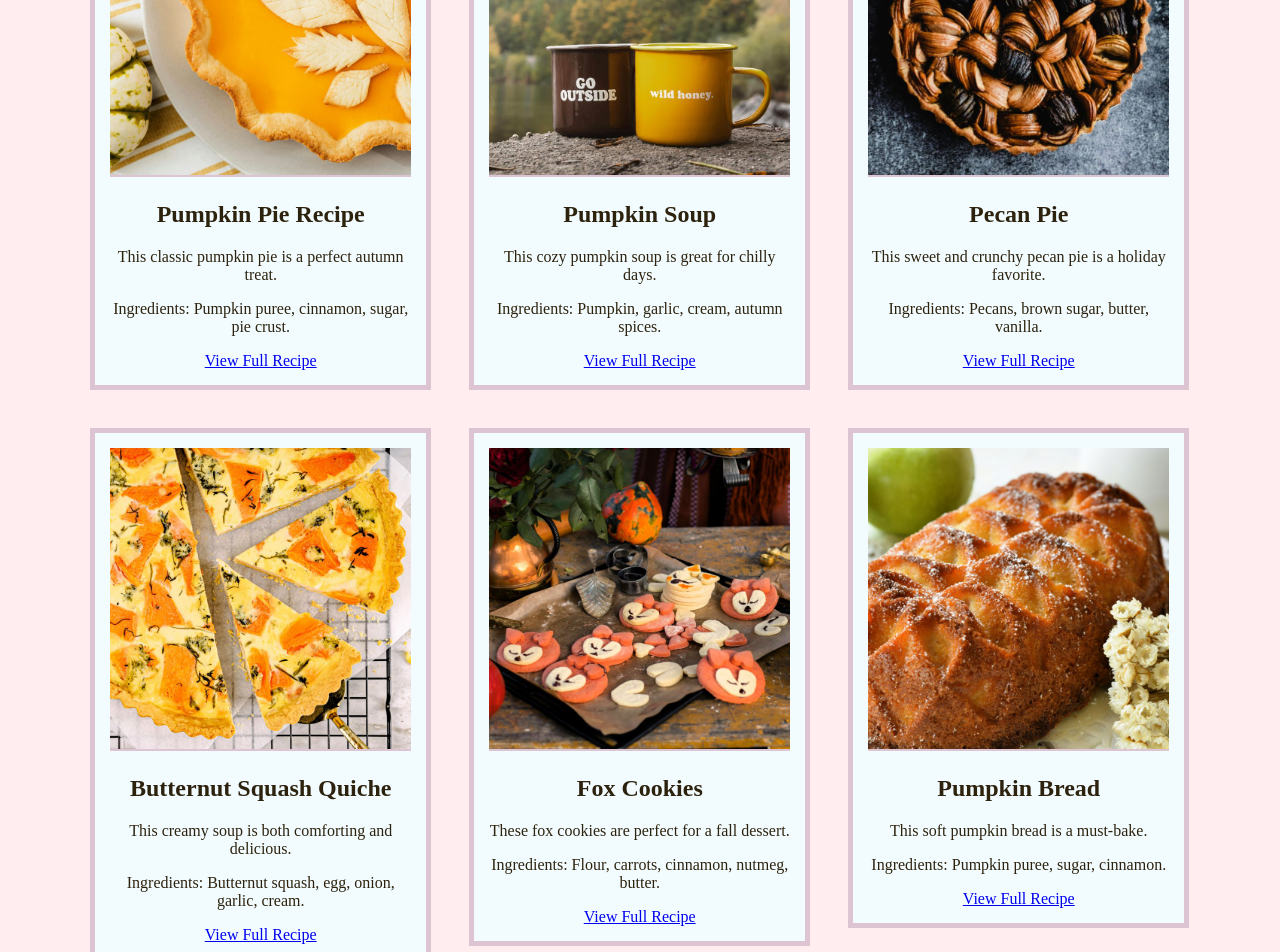
Repository: Brittany-Westlund/MART341-WebDesign
Page: WebDesignHomework/Assignment8/recipes.html
An editor plug-in stored every save of this project. The page is shown before and after the next save, followed by the edit.
The browser window is 1280 px wide. The pictures show the part of the page from y = 1330 to 2282 px (the page is 3050 px tall before and 3570 px after).

Above is the page before, as saved 2024-10-13 13:20:04.

### WebDesignHomework/Assignment8/recipes.html
<!DOCTYPE html>
<html lang="en">
<head>
    <meta charset="UTF-8">
    <meta name="viewport" content="width=device-width, initial-scale=1.0">
    <title>Autumn Orchard</title>

    <style>
        body {
            background-color: rgb(255, 237, 239);
        }
        h1, h3 {
            color: rgb(128, 0, 73);
            text-align: center;
        }
        h2, p {
            color: rgb(45, 34, 13);
            text-align: center;
        }
        .recipe-section {
            width: 90%;
            margin: 0 auto;
            padding: 20px;
        }
        .recipe {
            width: 30%;
            float: left;
            margin: 1.66%; /* Spacing between the recipes */
            border: 5px solid rgb(221, 196, 210);
            padding: 15px;
            background-color: #f2fcff;
            box-sizing: border-box;
            text-align: center; /* Center text and images in the recipe div */
        }
        .recipe img {
            width: 100%; /* Make images full width of container */
            height: auto;
            border-bottom: 2px solid rgb(221, 196, 210); /* Add border to separate image */
        }
        .clear {
            clear: both;
        }
    </style>

</head>
<body>

<!-- Navigation Links -->
    <a style="float: right; padding: 10px" href="index.html">HOME</a>
    <a style="float: right; padding: 10px" href="activities.html">ACTIVITIES</a>
    <a style="float: right; padding: 10px" href="recipes.html">RECIPES</a>

    <h1 style="text-align: left;">Cozy Harvest</h1>

<!-- Hero image -->
    <img src="images/autumn-slices-pie-optimized.jpg" style="width: 100%;" alt="Autumn Pie">


<!-- Audio element -->
    <h3>Relax and Listen While You Cook</h3>
    <div style="text-align: center;">
        <audio controls>
            <source src="audio/floating-piano-melodies.mp3" type="audio/mpeg">
            Your browser does not support the audio element.
        </audio>
        <!-- Audio attribution -->
        <p style="font-size: 10px;">Audio: Floating Piano Melodies by <a href="https://freesound.org/s/723971/" target="_blank">UNIVERSFIELD</a> — Licensed under <a href="https://creativecommons.org/licenses/by/4.0/" target="_blank">CC Attribution 4.0</a></p>
    </div>


<!-- Recipe section -->
    <h1>Recipes</h1>
    <div class="recipe-section">
        <div class="recipe">
            <img src="images/pumpkin-pie-leaves.jpg" alt="Pumpkin Pie">
            <h2>Pumpkin Pie Recipe</h2>
            <p>This <span class="special-note">classic pumpkin pie</span> is a perfect autumn treat.</p>
            <p>Ingredients: Pumpkin puree, cinnamon, sugar, pie crust.</p>
            <a href="https://www.williams-sonoma.com/recipe/pumpkin-pie.html" target="_blank">View Full Recipe</a>
        </div>

        <div class="recipe">
            <img src="images/autumn-coffee-mugs-square.jpg" alt="Pumpkin Soup">
            <h2>Pumpkin Soup</h2>
            <p>This <span class="special-note">cozy pumpkin soup</span> is great for chilly days.</p>
            <p>Ingredients: Pumpkin, garlic, cream, autumn spices.</p>
            <a href="https://www.tasteofhome.com/recipes/pumpkin-soup/" target="_blank">View Full Recipe</a>
        </div>

        <div class="recipe">
            <img src="images/autumn-slices-pie-square.jpg" alt="Pecan Pie">
            <h2>Pecan Pie</h2>
            <p>This <span class="special-note">sweet and crunchy pecan pie</span> is a holiday favorite.</p>
            <p>Ingredients: Pecans, brown sugar, butter, vanilla.</p>
            <a href="https://sugarspunrun.com/pecan-pie-recipe/" target="_blank">View Full Recipe</a>
        </div>

        <div class="recipe">
            <img src="images/autumn-quiche-square.jpg" alt="Butternut Squash Quiche">
            <h2>Butternut Squash Quiche</h2>
            <p>This <span class="special-note">creamy soup</span> is both comforting and delicious.</p>
            <p>Ingredients: Butternut squash, egg, onion, garlic, cream.</p>
            <a href="https://www.shekeepsalovelyhome.com/butternut-squash-quiche/" target="_blank">View Full Recipe</a>
        </div>

        <div class="recipe">
            <img src="images/fox-cookies-square.jpg" alt="Fox Cookies">
            <h2>Fox Cookies</h2>
            <p>These <span class="special-note">fox cookies</span> are perfect for a fall dessert.</p>
            <p>Ingredients: Flour, carrots, cinnamon, nutmeg, butter.</p>
            <a href="https://thebearfootbaker.com/fun-little-fox-cookies/" target="_blank">View Full Recipe</a>
        </div>

        <div class="recipe">
            <img src="images/autumn-bundt-cake-square.jpg" alt="Pumpkin Bread">
            <h2>Pumpkin Bread</h2>
            <p>This <span class="special-note">soft pumpkin bread</span> is a must-bake.</p>
            <p>Ingredients: Pumpkin puree, sugar, cinnamon.</p>
            <a href="https://letsdishrecipes.com/autumn-spice-bundt-cake/" target="_blank">View Full Recipe</a>
        </div>


        <div class="clear"></div> <!-- Clears the float after the rows -->
    </div>


<!-- Cooking Timer iframe -->
    <h3>Set a Cooking Timer</h3>
    <div style="width: 100%; text-align: center;">
        <iframe src="https://123timer.com/" width="50%" height="600"></iframe>
    </div>


<!-- Escape character example -->
    <p>&copy; 2024 Autumn Orchard • Enjoy Your Harvest</p>

</body>
</html>

After the next save:
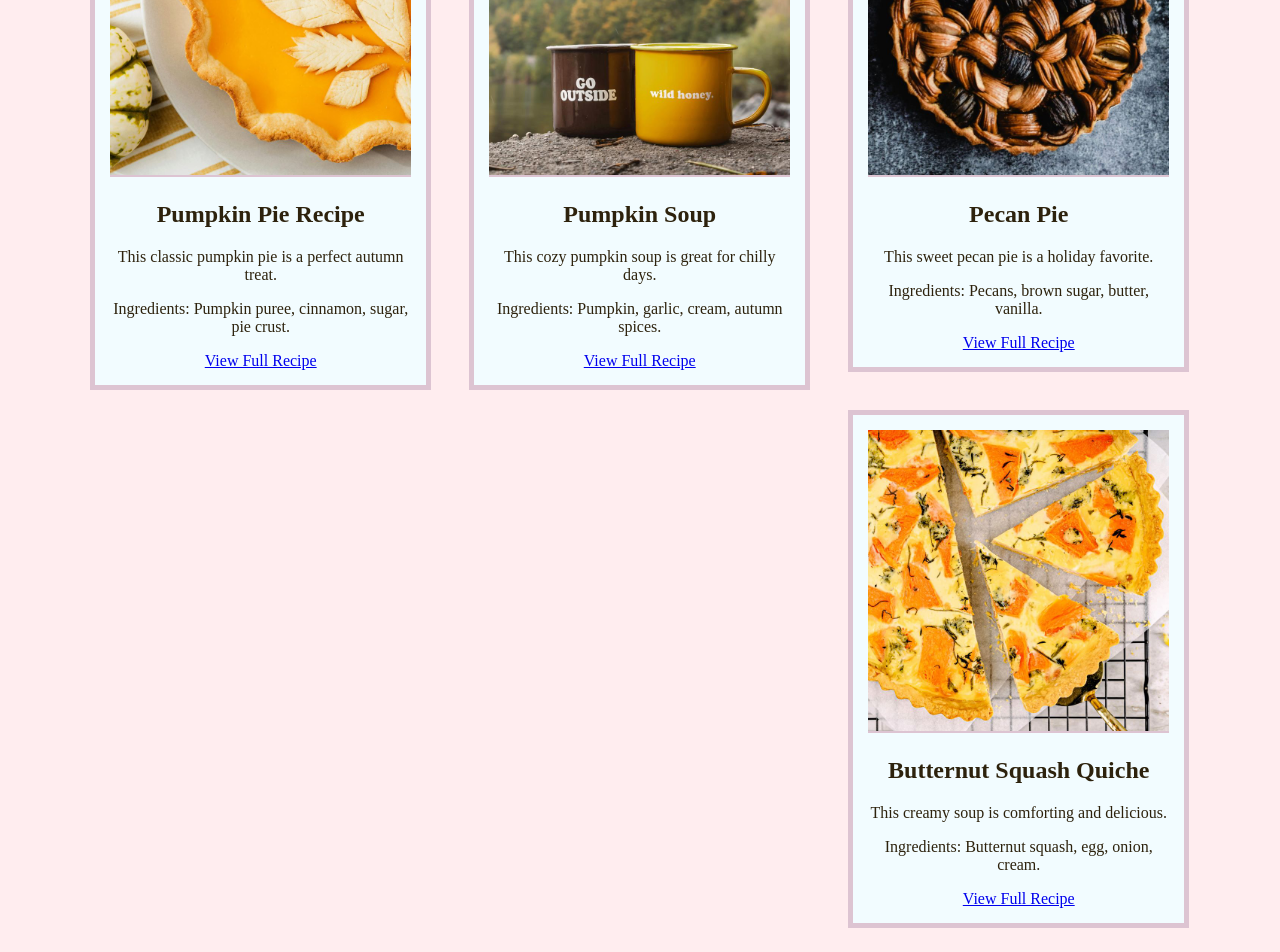
Saved 59 s later.
--- a/WebDesignHomework/Assignment8/recipes.html
+++ b/WebDesignHomework/Assignment8/recipes.html
@@ -90,7 +90,7 @@
         <div class="recipe">
             <img src="images/autumn-slices-pie-square.jpg" alt="Pecan Pie">
             <h2>Pecan Pie</h2>
-            <p>This <span class="special-note">sweet and crunchy pecan pie</span> is a holiday favorite.</p>
+            <p>This <span class="special-note">sweet pecan pie</span> is a holiday favorite.</p>
             <p>Ingredients: Pecans, brown sugar, butter, vanilla.</p>
             <a href="https://sugarspunrun.com/pecan-pie-recipe/" target="_blank">View Full Recipe</a>
         </div>
@@ -98,8 +98,8 @@
         <div class="recipe">
             <img src="images/autumn-quiche-square.jpg" alt="Butternut Squash Quiche">
             <h2>Butternut Squash Quiche</h2>
-            <p>This <span class="special-note">creamy soup</span> is both comforting and delicious.</p>
-            <p>Ingredients: Butternut squash, egg, onion, garlic, cream.</p>
+            <p>This <span class="special-note">creamy soup</span> is comforting and delicious.</p>
+            <p>Ingredients: Butternut squash, egg, onion, cream.</p>
             <a href="https://www.shekeepsalovelyhome.com/butternut-squash-quiche/" target="_blank">View Full Recipe</a>
         </div>
 
